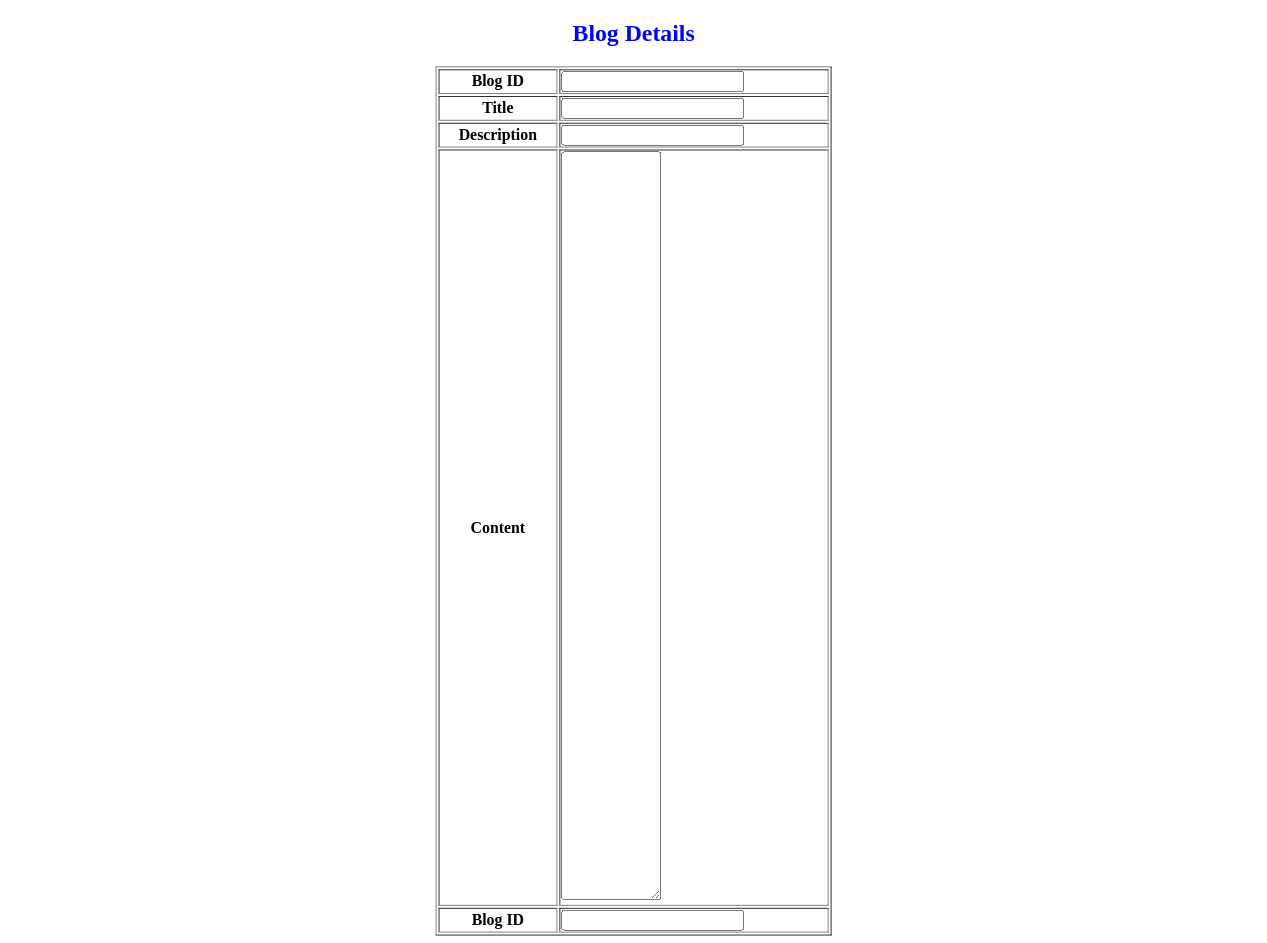
Repository: choubeyshubham018/CompleteJavaQuestions
Page: http://localhost/Ques_17_ServletBlogApplication/blog.jsp
These files come from the project's save history. The page is drawn as it stood at one moment and after the next save; the edit follows.
The browser window is 1280 px wide. The pictures show the whole page, at 99% of full size.
The page is served by Tomcat 9.

Above is the page before, as saved 2023-09-19 07:17:43.

After the next save:
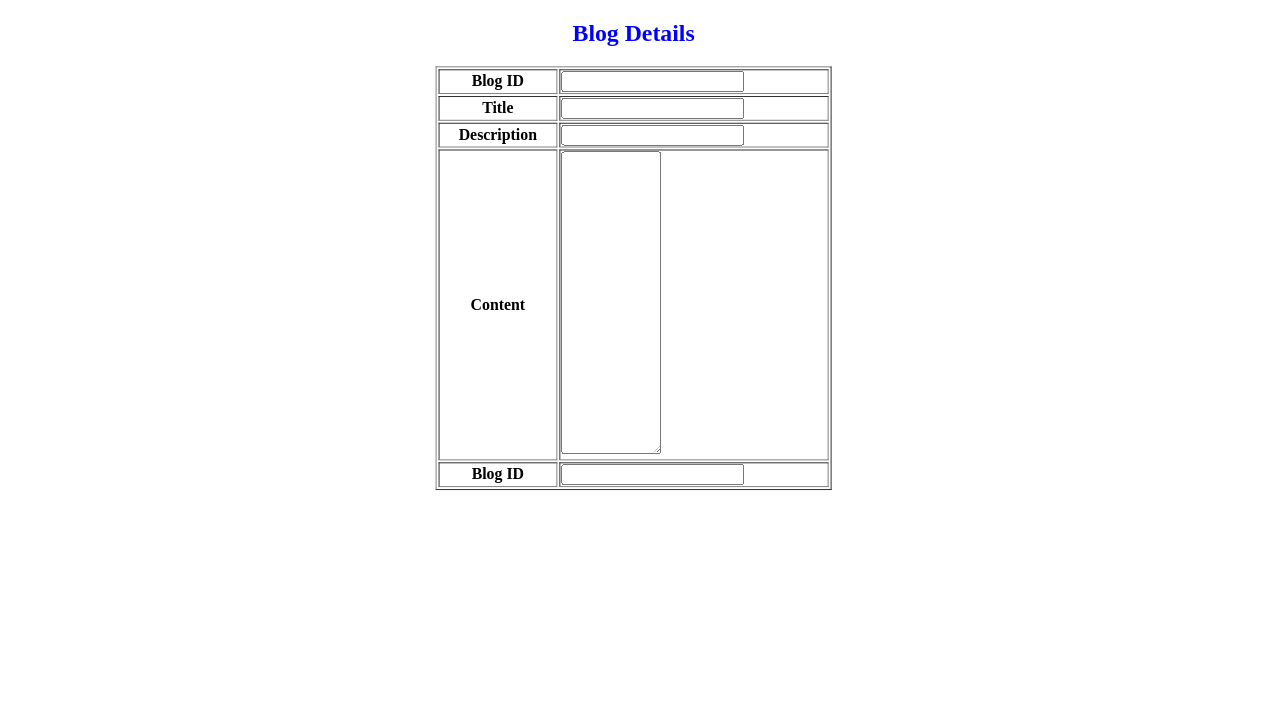
Saved 45 s later.
--- a/Servlet Assignment/Ques_17_ServletBlogApplication/src/main/webapp/blog.jsp
+++ b/Servlet Assignment/Ques_17_ServletBlogApplication/src/main/webapp/blog.jsp
@@ -25,7 +25,7 @@
 </tr>
 <tr>
 	<th>Content</th>
-	<td><textarea rows="50" cols="10" name="content"></textarea></td>
+	<td><textarea rows="20" cols="10" name="content"></textarea></td>
 </tr>
 <tr>
 	<th>Blog ID</th>
